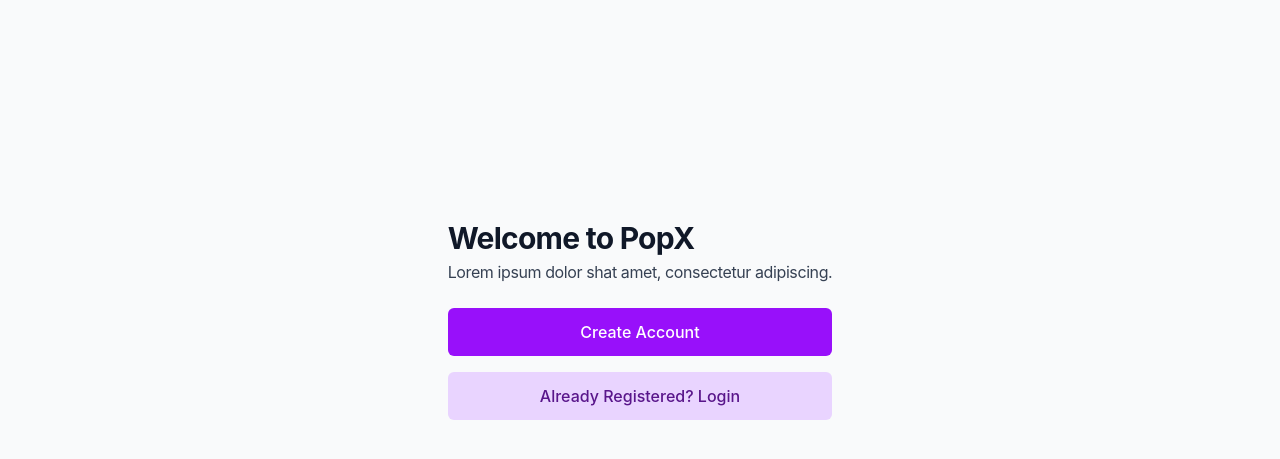
Repository: tanayburbure/inter
Page: /
An editor plug-in stored every save of this project. The page is shown before and after the next save, followed by the edit.
The browser window is 1280 px wide. The pictures show the whole page.
The project was rebuilt for these pictures with package versions that can differ from the ones it lists, and the page was loaded fresh each time. Also part of the build but not shown: vite.config.js, src/pages/Login.jsx, src/pages/Signup.jsx, src/pages/Account.jsx.

Above is the page before, as saved 2025-06-17 22:24:10.

### src/index.css
@import "tailwindcss";

body {
  font-family: 'Inter', sans-serif;
}

### src/App.jsx
import React from "react";
import { BrowserRouter as Router, Routes, Route, useLocation, useNavigate } from "react-router-dom";
import Welcome from "./pages/Welcome";
import Login from "./pages/Login";
import Signup from "./pages/Signup";
import Account from "./pages/Account";

function BackButton() {
  const location = useLocation();
  const navigate = useNavigate();

  // Hide the button only on the Welcome page
  if (location.pathname === "/") return null;

  return (
    <button
      onClick={() => navigate(-1)}
      className="absolute top-4 left-4 px-4 py-2 bg-white border border-gray-300 rounded shadow text-sm hover:bg-gray-50"
    >
      ← Back
    </button>
  );
}

export default function App() {
  return (
    <Router>
      <div className="relative min-h-screen bg-gray-100 text-gray-900">
        <BackButton />
        <Routes>
          <Route path="/" element={<Welcome />} />
          <Route path="/login" element={<Login />} />
          <Route path="/signup" element={<Signup />} />
          <Route path="/account" element={<Account />} />
        </Routes>
      </div>
    </Router>
  );
}

### src/pages/Welcome.jsx
import { useNavigate } from 'react-router-dom';

export default function Welcome() {
  const navigate = useNavigate();

  return (
    <div className="min-h-screen md:items-center mg:justify-center lg:items-center lg:justify-center flex flex-col justify-end px-6 py-12 bg-gray-50">
      <div className="mb-20">
        <h1 className="text-3xl font-bold mb-1 tracking-tight">Welcome to PopX</h1>
        <p className="text-md text-gray-700 mb-6 tracking-tight">
          Lorem ipsum dolor shat amet, consectetur adipiscing.
        </p>
        <button
          onClick={() => navigate('/signup')}
          className="w-full bg-purple-600 text-white py-3 rounded-md font-medium mb-4"
        >
          Create Account
        </button>
        <button
          onClick={() => navigate('/login')}
          className="w-full bg-purple-200 text-purple-900 py-3 rounded-md font-medium"
        >
          Already Registered? Login
        </button>
      </div>
    </div>
  );
}

Loaded but not shown: index.html (common file); src/main.jsx (common file)

After the next save:
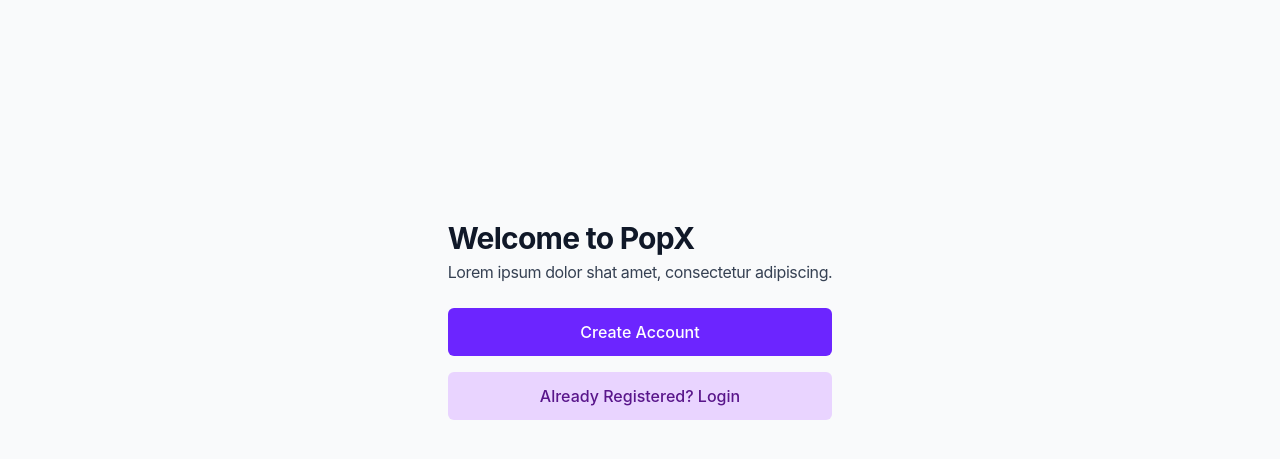
Saved 46 s later.
--- a/src/pages/Welcome.jsx
+++ b/src/pages/Welcome.jsx
@@ -12,7 +12,7 @@
         </p>
         <button
           onClick={() => navigate('/signup')}
-          className="w-full bg-purple-600 text-white py-3 rounded-md font-medium mb-4"
+          className="w-full bg-[#6C25FF] text-white py-3 rounded-md font-medium mb-4"
         >
           Create Account
         </button>
